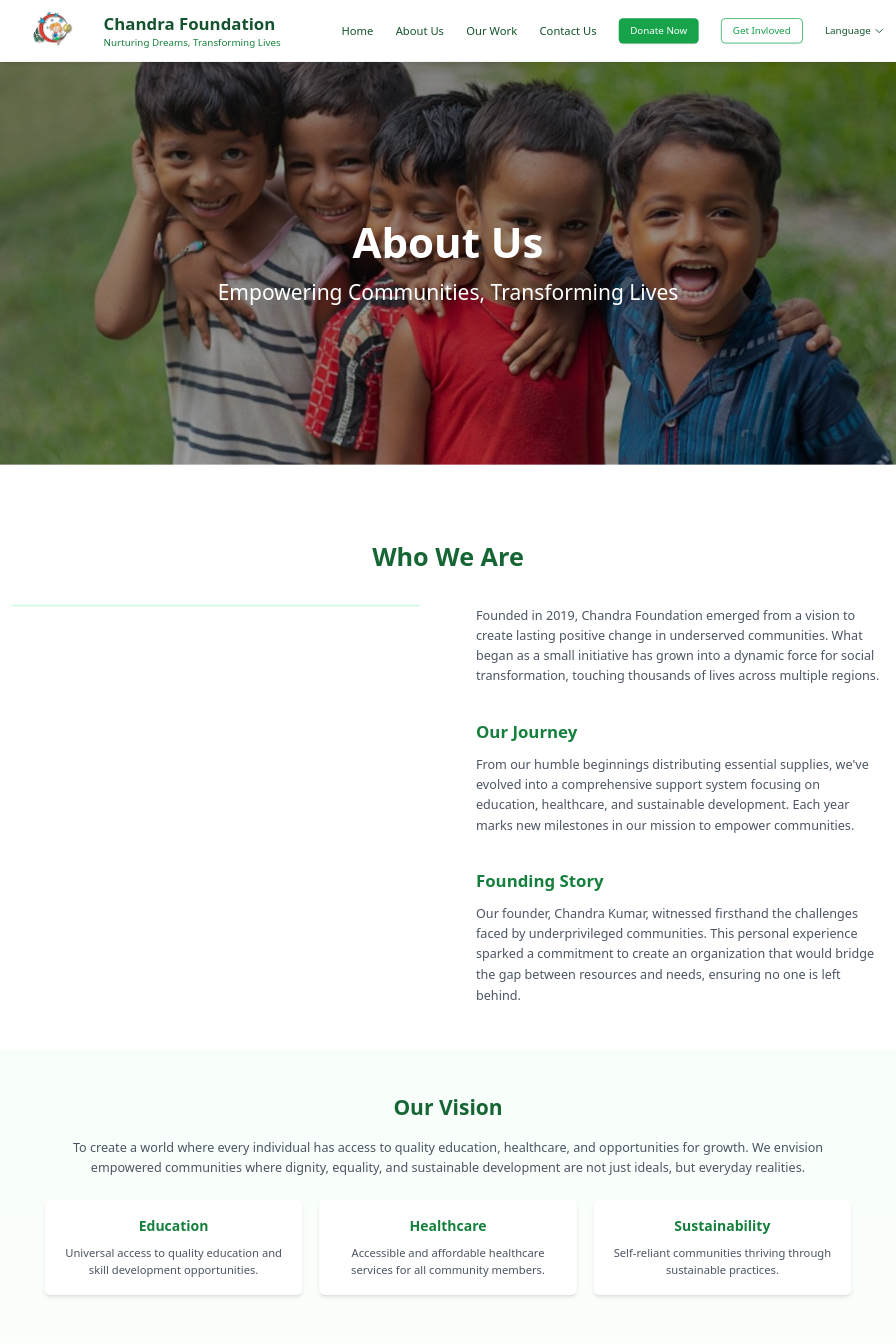
Repository: rajukumar2003/chandra-foundation
Page: /aboutus
The author's editor kept a copy of each file at every save. The page is drawn from the files as they stood at one save, then again after a run of saves.
The browser window is 1280 px wide. The pictures show the part of the page from y = 0 to 1920 px (the page is 3915 px tall), at 70% of full size.
The project was rebuilt for these pictures with package versions that can differ from the ones it lists, and the page was loaded fresh each time. The framework's server and built-in components were replaced by stand-ins that run in the browser. Also part of the build but not shown: next.config.ts.

Above is the page before, as saved 2025-01-30 14:47:07.

### app/layout.tsx
import type { Metadata } from "next";
import { Geist, Geist_Mono } from "next/font/google";
import "./globals.css";
import Navbar from "./components/navbar";
import Footer from "./components/Footer";

const geistSans = Geist({
  variable: "--font-geist-sans",
  subsets: ["latin"],
});

const geistMono = Geist_Mono({
  variable: "--font-geist-mono",
  subsets: ["latin"],
});

export const metadata: Metadata = {
  title: "Create Next App",
  description: "Generated by create next app",
};

export default function RootLayout({
  children,
}: Readonly<{
  children: React.ReactNode;
}>) {
  return (
    <html lang="en">
      <body
        className={`${geistSans.variable} ${geistMono.variable} antialiased`}
      >
        <Navbar />
        {children}
        <Footer/>
      </body>
    </html>
  );
}

### app/globals.css
@tailwind base;
@tailwind components;
@tailwind utilities;
@layer base {
  :root {
    --background: 0 0% 100%;
    --foreground: 0 0% 3.9%;
    --card: 0 0% 100%;
    --card-foreground: 0 0% 3.9%;
    --popover: 0 0% 100%;
    --popover-foreground: 0 0% 3.9%;
    --primary: 0 0% 9%;
    --primary-foreground: 0 0% 98%;
    --secondary: 0 0% 96.1%;
    --secondary-foreground: 0 0% 9%;
    --muted: 0 0% 96.1%;
    --muted-foreground: 0 0% 45.1%;
    --accent: 0 0% 96.1%;
    --accent-foreground: 0 0% 9%;
    --destructive: 0 84.2% 60.2%;
    --destructive-foreground: 0 0% 98%;
    --border: 0 0% 89.8%;
    --input: 0 0% 89.8%;
    --ring: 0 0% 3.9%;
    --chart-1: 12 76% 61%;
    --chart-2: 173 58% 39%;
    --chart-3: 197 37% 24%;
    --chart-4: 43 74% 66%;
    --chart-5: 27 87% 67%;
    --radius: 0.5rem
  }
  .dark {
    --background: 0 0% 3.9%;
    --foreground: 0 0% 98%;
    --card: 0 0% 3.9%;
    --card-foreground: 0 0% 98%;
    --popover: 0 0% 3.9%;
    --popover-foreground: 0 0% 98%;
    --primary: 0 0% 98%;
    --primary-foreground: 0 0% 9%;
    --secondary: 0 0% 14.9%;
    --secondary-foreground: 0 0% 98%;
    --muted: 0 0% 14.9%;
    --muted-foreground: 0 0% 63.9%;
    --accent: 0 0% 14.9%;
    --accent-foreground: 0 0% 98%;
    --destructive: 0 62.8% 30.6%;
    --destructive-foreground: 0 0% 98%;
    --border: 0 0% 14.9%;
    --input: 0 0% 14.9%;
    --ring: 0 0% 83.1%;
    --chart-1: 220 70% 50%;
    --chart-2: 160 60% 45%;
    --chart-3: 30 80% 55%;
    --chart-4: 280 65% 60%;
    --chart-5: 340 75% 55%
  }
}
@layer base {
  * {
    @apply border-border;
  }
  body {
    @apply bg-background text-foreground;
  }
}

@keyframes float {
  0%, 100% {
    transform: translateY(0);
  }
  50% {
    transform: translateY(-20px);
  }
}

@keyframes float-delayed {
  0%, 100% {
    transform: translateY(0);
  }
  50% {
    transform: translateY(-15px);
  }
}

.animate-float {
  animation: float 6s ease-in-out infinite;
}

.animate-float-delayed {
  animation: float-delayed 5s ease-in-out infinite;
  animation-delay: 1s;
}

### app/components/Footer.tsx
"use client";

import { Facebook, Instagram, Linkedin } from "lucide-react";
import Link from "next/link";
import { Input } from "@/components/ui/input";
import { Button } from "@/components/ui/button";

const socialLinks = [
  {
    icon: Facebook,
    href: "https://www.facebook.com/chandraafoundation",
    label: "Facebook",
  },
  {
    icon: Instagram,
    href: "https://www.instagram.com/chandraafoundation",
    label: "Instagram",
  },
  {
    icon: Linkedin,
    href: "https://www.linkedin.com/company/chandraa-foundation/",
    label: "LinkedIn",
  },
];

const quickLinks = [
  { name: "What we do?", href: "/aboutUs" },
  { name: "Our Work", href: "/programs" },
  { name: "Get Involved", href: "/get-involved" },
  { name: "Contact", href: "/contactUs" },
];

export default function Footer() {
  return (
    <footer className="bg-green-900 text-white">
      <div className="container mx-auto px-4 py-12">
        <div className="grid grid-cols-1 md:grid-cols-2 lg:grid-cols-4 gap-8">
          {/* Logo and Description */}
          <div className="space-y-4">
            <Link href="/" className="text-2xl font-bold">
              Chandra Foundation
            </Link>
            <p className="text-green-200 text-sm">
              Nurturing Dreams, Transforming Lives
            </p>
          </div>

          {/* Quick Links */}
          <div>
            <h3 className="text-lg font-semibold mb-4">Quick Links</h3>
            <ul className="space-y-2">
              {quickLinks.map((link) => (
                <li key={link.name}>
                  <Link
                    href={link.href}
                    className="text-green-200 hover:text-white transition-colors"
                  >
                    {link.name}
                  </Link>
                </li>
              ))}
            </ul>
          </div>

          {/* Contact Info */}
          <div>
            <h3 className="text-lg font-semibold mb-4">Contact Us</h3>
            <address className="not-italic text-green-200 space-y-2">
              <p>
                74 D 6 Vivekpuri, Maya Market, Barra Baipass, Kanpur Nagar,
                Uttar Pradesh, 208027
              </p>
              <p>Phone: (+91) 9044850387 </p>
              <p>Email: cf.helpinghands@yahoo.com</p>
            </address>
          </div>

          {/* Newsletter Signup */}
          <div>
            <h3 className="text-lg font-semibold mb-4">Stay Updated</h3>
            <form className="space-y-2">
              <Input
                type="email"
                placeholder="Your email address"
                className="bg-white text-black placeholder-green-400"
              />
              <Button className="w-full bg-green-600 hover:bg-green-700">
                Subscribe
              </Button>
            </form>
          </div>
        </div>

        {/* Bottom Bar */}
        <div className="mt-12 pt-8 border-t border-green-800 flex flex-col md:flex-row justify-between items-center space-y-4 md:space-y-0">
          <div className="text-sm text-green-300">
            © {new Date().getFullYear()} Chandra Foundation. All rights
            reserved.
          </div>
          <div className="flex space-x-4">
            {socialLinks.map((link) => (
              <a
                key={link.label}
                href={link.href}
                target="_blank" // Open link in a new tab
                rel="noopener noreferrer" // Prevent security vulnerabilities
                className="text-green-300 hover:text-white transition-colors"
                aria-label={link.label}
              >
                <link.icon className="w-5 h-5" />
              </a>
            ))}
          </div>
        </div>
      </div>
    </footer>
  );
}

### app/components/AboutIntro.tsx
"use client";

import { motion } from "framer-motion";
import Image from "next/image";

export default function AboutUsIntro() {
  return (
    <section className="py-16 bg-white">
      <div className="container mx-auto px-4">
        <div>
          <h2 className="text-4xl font-bold text-green-800 my-12 flex justify-center items-center">Who We Are</h2>
        </div>
        <div className="grid lg:grid-cols-2 gap-12 lg:gap-20 items-start">
          {/* Left side - Image */}
          <motion.div
            initial={{ opacity: 0, x: -20 }}
            animate={{ opacity: 1, x: 0 }}
            transition={{ duration: 0.6 }}
            className="relative"
          >
            <div className="h-50 w-50 relative rounded-3xl overflow-hidden border border-green-200">
              <Image
                src="/images/aboutus.png"
                alt="Making a difference in communities"
                fill
                className="object-cover"
              />
              {/* Decorative borders */}
              <div className="absolute inset-0 border-2 border-green-100 rounded-3xl transform rotate-2" />
              <div className="absolute inset-0 border-2 border-green-100 rounded-3xl transform -rotate-2" />
            </div>
          </motion.div>

          {/* Right side - Content */}
          <motion.div
            initial={{ opacity: 0, x: 20 }}
            animate={{ opacity: 1, x: 0 }}
            transition={{ duration: 0.6, delay: 0.2 }}
            className="space-y-12"
          >
            {/* Short Para / Who we are */}
            <div>
              <p className="text-gray-600 text-lg leading-relaxed">
                Founded in 2019, Chandra Foundation emerged from a vision to
                create lasting positive change in underserved communities. What
                began as a small initiative has grown into a dynamic force for
                social transformation, touching thousands of lives across
                multiple regions.
              </p>
            </div>

            {/* Our Journey */}
            <div>
              <h3 className="text-2xl font-semibold text-green-700 mb-4">
                Our Journey
              </h3>
              <p className="text-gray-600 text-lg leading-relaxed">
                From our humble beginnings distributing essential supplies,
                we've evolved into a comprehensive support system focusing on
                education, healthcare, and sustainable development. Each year
                marks new milestones in our mission to empower communities.
              </p>
            </div>

            {/* Founding Story */}
            <div>
              <h3 className="text-2xl font-semibold text-green-700 mb-4">
                Founding Story
              </h3>
              <p className="text-gray-600 text-lg leading-relaxed">
                Our founder, Chandra Kumar, witnessed firsthand the challenges
                faced by underprivileged communities. This personal experience
                sparked a commitment to create an organization that would bridge
                the gap between resources and needs, ensuring no one is left
                behind.
              </p>
            </div>

          </motion.div>
        </div>
      </div>
    </section>
  );
}

### app/components/AboutHero.tsx
"use client"

import { motion } from "framer-motion"
import Image from "next/image"

export default function AboutHero() {
  return (
    <section className="relative min-h-[70vh] md:min-h-[80vh] flex items-center justify-center overflow-hidden">
      <Image
        src="/images/about.png"
        alt="Chandra Foundation team working in the community"
        fill
        style={{ objectFit: "cover", filter: "brightness(0.8)" }}
        className="absolute inset-0"
        priority
      />
      <div className="absolute inset-0 bg-black opacity-10" />
      <div className="absolute inset-0 bg-gradient-to-b from-black/20 to-black/10" />
      {/* <div className="absolute inset-0 bg-gradient-to-b from-green-900/70 to-green-800/70" /> */}
      <div className="absolute inset-0 bg-grid-white/[0.05]" />

      <div className="relative z-20 text-center text-white max-w-4xl mx-auto px-4">
        <motion.h1
          initial={{ opacity: 0, y: 30 }}
          animate={{ opacity: 1, y: 0 }}
          transition={{ duration: 0.8, ease: "easeOut" }}
          className="text-4xl md:text-5xl lg:text-6xl font-bold mb-6 leading-tight"
        >
          About Us
        </motion.h1>
        <motion.p
          initial={{ opacity: 0, y: 30 }}
          animate={{ opacity: 1, y: 0 }}
          transition={{ duration: 0.8, delay: 0.2, ease: "easeOut" }}
          className="text-xl md:text-2xl lg:text-3xl font-light"
        >
          Empowering Communities, Transforming Lives
        </motion.p>
      </div>
    </section>
  )
}

### app/components/CoreValues.tsx
"use client"

import { motion } from "framer-motion"
import { Users, Scale, Shield, HandshakeIcon, Lightbulb, Heart, Leaf } from "lucide-react"

const coreValues = [
  {
    icon: Users,
    title: "Empowerment",
    description:
      "We believe in empowering individuals and communities to take charge of their own lives, fostering self-reliance and resilience.",
  },
  {
    icon: Scale,
    title: "Equity",
    description:
      "We are committed to promoting fairness and equal opportunities for all, ensuring that marginalized and underserved populations receive the support they need.",
  },
  {
    icon: Shield,
    title: "Integrity",
    description:
      "We operate with transparency and honesty, building trust with our stakeholders and communities through ethical practices.",
  },
  {
    icon: HandshakeIcon,
    title: "Collaboration",
    description:
      "We value partnerships and teamwork, recognizing that collective efforts lead to greater impact and sustainable change.",
  },
  {
    icon: Lightbulb,
    title: "Innovation",
    description:
      "We embrace creativity and adaptability, continually seeking new solutions and approaches to address the evolving challenges in health, education, and employment.",
  },
  {
    icon: Heart,
    title: "Compassion",
    description:
      "We approach our work with empathy and understanding, prioritizing the well-being and dignity of every individual we serve.",
  },
  {
    icon: Leaf,
    title: "Sustainability",
    description:
      "We are dedicated to creating lasting change through sustainable practices, ensuring that our initiatives have a positive impact for future generations.",
  },
]

export default function CoreValues() {
  return (
    <section className="py-16 bg-gradient-to-b from-white to-green-50/50">
      <div className="container mx-auto px-4">
        <motion.div
          initial={{ opacity: 0, y: 20 }}
          whileInView={{ opacity: 1, y: 0 }}
          viewport={{ once: true }}
          transition={{ duration: 0.6 }}
          className="text-center mb-12"
        >
          <h2 className="text-3xl md:text-4xl font-bold text-green-800 mb-4">Our Core Values</h2>
          <div className="w-20 h-1 bg-green-600 mx-auto mb-6"></div>
        </motion.div>

        <div className="grid gap-8 md:grid-cols-2 lg:grid-cols-3 max-w-7xl mx-auto">
          {coreValues.map((value, index) => (
            <motion.div
              key={value.title}
              initial={{ opacity: 0, y: 20 }}
              whileInView={{ opacity: 1, y: 0 }}
              viewport={{ once: true }}
              transition={{ duration: 0.5, delay: index * 0.1 }}
            >
              <div className="bg-white rounded-lg p-6 shadow-md hover:shadow-lg transition-all duration-300 h-full border border-green-100 group">
                <div className="flex items-start gap-4">
                  <div className="shrink-0">
                    <div className="w-12 h-12 rounded-full bg-green-100 flex items-center justify-center group-hover:bg-green-200 transition-colors duration-300">
                      <value.icon className="w-6 h-6 text-green-600" />
                    </div>
                  </div>
                  <div>
                    <h3 className="text-xl font-semibold text-green-800 mb-2 group-hover:text-green-600 transition-colors duration-300">
                      {value.title}
                    </h3>
                    <p className="text-gray-600 leading-relaxed">{value.description}</p>
                  </div>
                </div>
              </div>
            </motion.div>
          ))}
        </div>
      </div>
    </section>
  )
}

### components/ui/button.tsx
import * as React from "react"
import { Slot } from "@radix-ui/react-slot"
import { cva, type VariantProps } from "class-variance-authority"

import { cn } from "@/lib/utils"

const buttonVariants = cva(
  "inline-flex items-center justify-center gap-2 whitespace-nowrap rounded-md text-sm font-medium transition-colors focus-visible:outline-none focus-visible:ring-1 focus-visible:ring-ring disabled:pointer-events-none disabled:opacity-50 [&_svg]:pointer-events-none [&_svg]:size-4 [&_svg]:shrink-0",
  {
    variants: {
      variant: {
        default:
          "bg-primary text-primary-foreground shadow hover:bg-primary/90",
        destructive:
          "bg-destructive text-destructive-foreground shadow-sm hover:bg-destructive/90",
        outline:
          "border border-input bg-background shadow-sm hover:bg-accent hover:text-accent-foreground",
        secondary:
          "bg-secondary text-secondary-foreground shadow-sm hover:bg-secondary/80",
        ghost: "hover:bg-accent hover:text-accent-foreground",
        link: "text-primary underline-offset-4 hover:underline",
      },
      size: {
        default: "h-9 px-4 py-2",
        sm: "h-8 rounded-md px-3 text-xs",
        lg: "h-10 rounded-md px-8",
        icon: "h-9 w-9",
      },
    },
    defaultVariants: {
      variant: "default",
      size: "default",
    },
  }
)

export interface ButtonProps
  extends React.ButtonHTMLAttributes<HTMLButtonElement>,
    VariantProps<typeof buttonVariants> {
  asChild?: boolean
}

const Button = React.forwardRef<HTMLButtonElement, ButtonProps>(
  ({ className, variant, size, asChild = false, ...props }, ref) => {
    const Comp = asChild ? Slot : "button"
    return (
      <Comp
        className={cn(buttonVariants({ variant, size, className }))}
        ref={ref}
        {...props}
      />
    )
  }
)
Button.displayName = "Button"

export { Button, buttonVariants }

### components/ui/input.tsx
import * as React from "react"

import { cn } from "@/lib/utils"

const Input = React.forwardRef<HTMLInputElement, React.ComponentProps<"input">>(
  ({ className, type, ...props }, ref) => {
    return (
      <input
        type={type}
        className={cn(
          "flex h-9 w-full rounded-md border border-input bg-transparent px-3 py-1 text-base shadow-sm transition-colors file:border-0 file:bg-transparent file:text-sm file:font-medium file:text-foreground placeholder:text-muted-foreground focus-visible:outline-none focus-visible:ring-1 focus-visible:ring-ring disabled:cursor-not-allowed disabled:opacity-50 md:text-sm",
          className
        )}
        ref={ref}
        {...props}
      />
    )
  }
)
Input.displayName = "Input"

export { Input }

Loaded but not shown: lib/utils.ts (common file); tailwind.config.js (83 lines, source omitted); app/(root)/aboutus/page.tsx (407 lines, source omitted); components/ui/dropdown-menu.tsx (201 lines, source omitted); app/components/navbar.tsx (187 lines, source omitted); app/components/VisionMission.tsx (108 lines, source omitted)

After the next 3 saves:
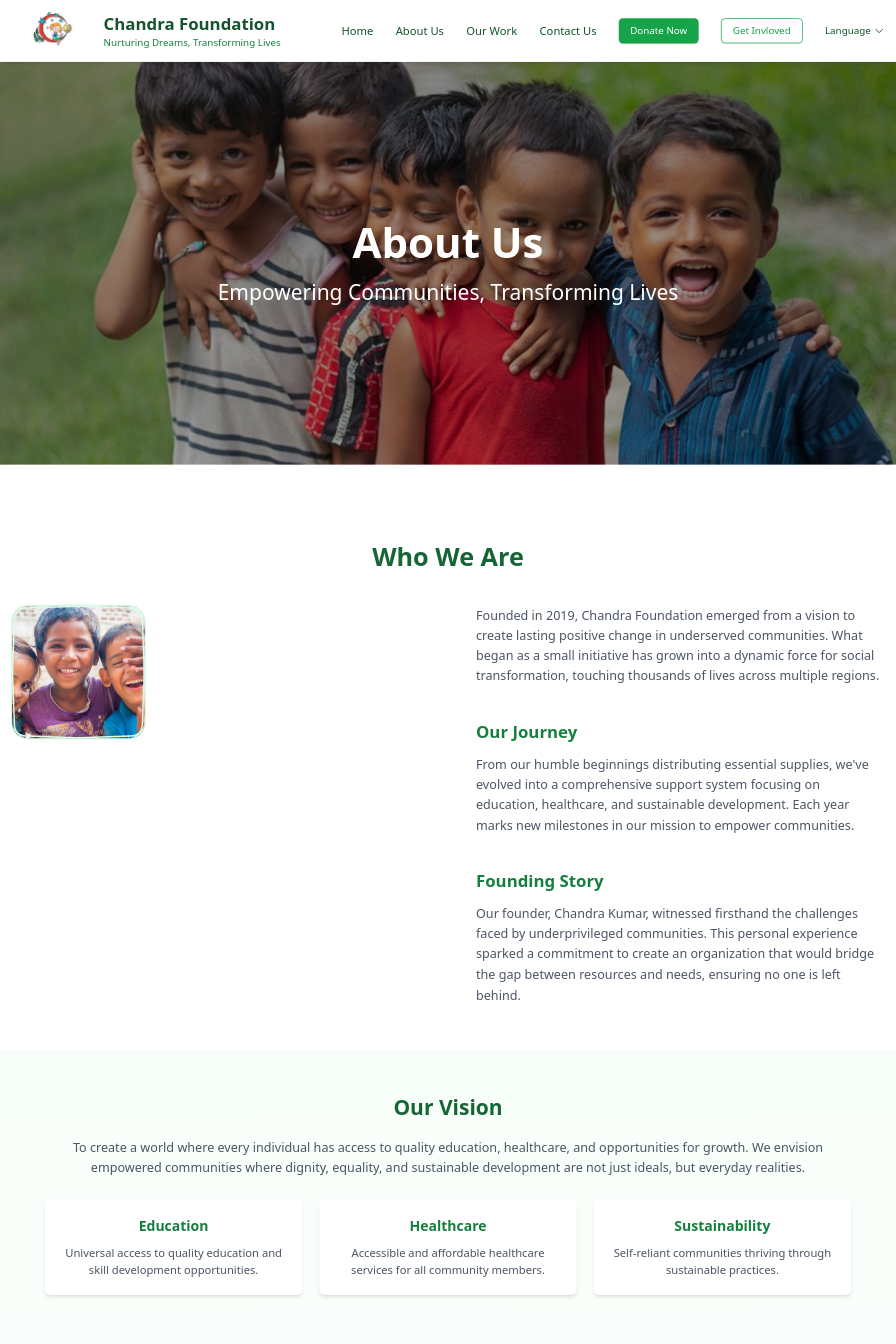
The 3 saves are shown as one change because they came seconds apart.
The last was saved 11 s later.
--- a/app/components/AboutIntro.tsx
+++ b/app/components/AboutIntro.tsx
@@ -18,7 +18,7 @@ export default function AboutUsIntro() {
             transition={{ duration: 0.6 }}
             className="relative"
           >
-            <div className="h-50 w-50 relative rounded-3xl overflow-hidden border border-green-200">
+            <div className="h-48 w-48 relative rounded-3xl overflow-hidden border border-green-200">
               <Image
                 src="/images/aboutus.png"
                 alt="Making a difference in communities"
